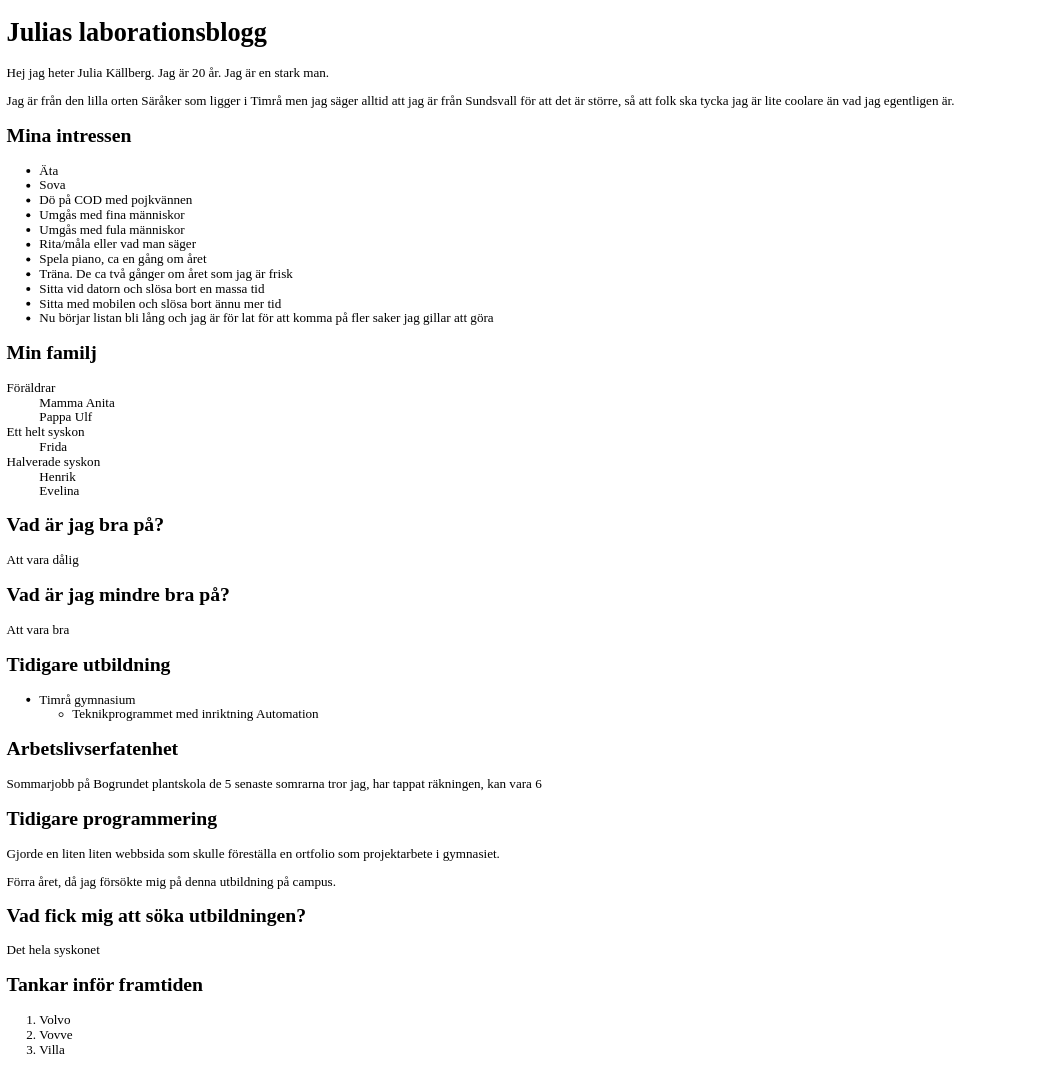
Repository: jk222rp/1ik415-laborationer-2014
Page: pages/presentation.html
The author's editor kept a record of every edit. The page is drawn from the files as they stood at one moment, then again after the next edit.
The browser window is 1280 px wide. The pictures show the whole page, at 82% of full size.

Above is the page before.

### pages/presentation.html
<!doctype html>
<html lang="sv">
    <head>
      <meta charset="utf-8" />
      <title>Om mig - Julias laborationsblogg</title>
    </head>

    <body>
    <h1>Julias laborationsblogg</h1>

<!--Start of presentation-->
      <p>Hej jag heter Julia Källberg. Jag är 20 år. Jag är en stark man.</p>
      <p>Jag är från den lilla orten Säråker som ligger i Timrå men jag säger alltid att jag är från Sundsvall för att det är större, så att folk ska tycka jag är lite coolare än vad jag egentligen är.</p>

    <h2>Mina intressen</h2>
    <ul>
      <li>Äta</li>
      <li>Sova</li>
      <li>Dö på COD med pojkvännen</li>
      <li>Umgås med fina människor</li>
      <li>Umgås med fula människor</li>
      <li>Rita/måla eller vad man säger</li>
      <li>Spela piano, ca en gång om året</li>
      <li>Träna. De ca två gånger om året som jag är frisk</li>
      <li>Sitta vid datorn och slösa bort en massa tid</li>
      <li>Sitta med mobilen och slösa bort ännu mer tid</li>
      <li>Nu börjar listan bli lång och jag är för lat för att komma på fler saker jag gillar att göra</li>
    </ul>

    <h2>Min familj</h2>
    <dl>
      <dt>Föräldrar</dt>
        <dd>Mamma Anita</dd>
        <dd>Pappa Ulf</dd>
      <dt>Ett helt syskon</dt>
        <dd>Frida</dd>
      <dt>Halverade syskon</dt>
        <dd>Henrik</dd>
        <dd>Evelina</dd>
    </dl>

    <h2>Vad är jag bra på?</h2>
      <p>Att vara dålig</p>

    <h2>Vad är jag mindre bra på?</h2>
      <p>Att vara bra</p>

    <h2>Tidigare utbildning</h2>
      <ul>
      <li>
      Timrå gymnasium
        <ul><li>Teknikprogrammet med inriktning Automation</li></ul>
      </li>
      </ul>

    <h2>Arbetslivserfatenhet</h2>
      <p>Sommarjobb på Bogrundet plantskola de 5 senaste somrarna tror jag, har tappat räkningen, kan vara 6</p>

    <h2>Tidigare programmering</h2>
      <p>Gjorde en liten liten webbsida som skulle föreställa en ortfolio som projektarbete i gymnasiet.</p>
      <p>Förra året, då jag försökte mig på denna utbildning på campus.</p>

    <h2>Vad fick mig att söka utbildningen?</h2>
      <p>Det hela syskonet</p>

    <h2>Tankar inför framtiden</h2>
      <ol>
        <li>Volvo</li>
        <li>Vovve</li>
        <li>Villa</li>
      </ol>
<!--End of presentation-->

    </body>

</html>

After the next edit:
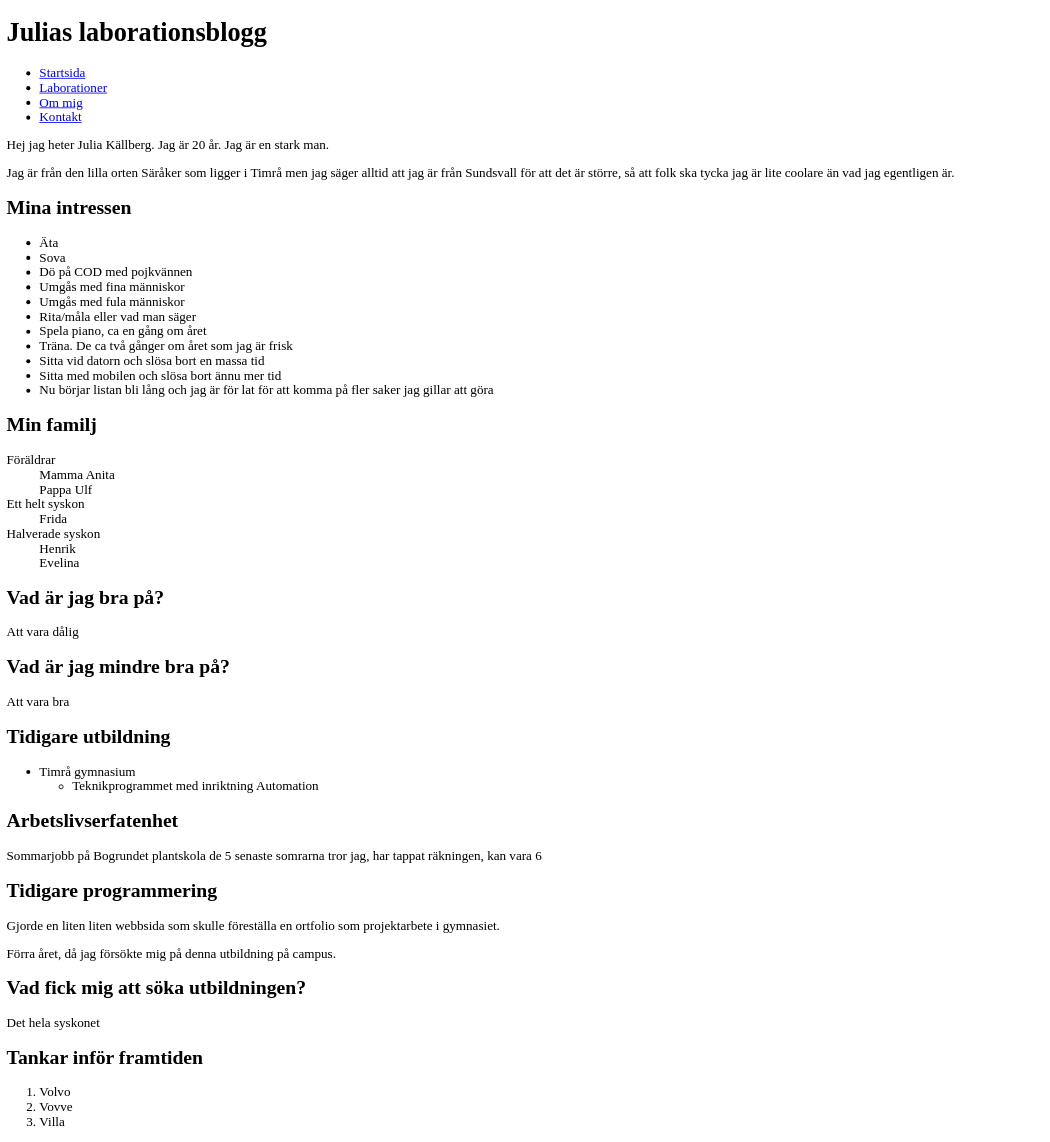
The edit:
--- a/pages/presentation.html
+++ b/pages/presentation.html
@@ -7,6 +7,14 @@
 
     <body>
     <h1>Julias laborationsblogg</h1>
+
+<!--Menu-->
+        <ul>
+            <li><a href="../index.html">Startsida</a></li>
+            <li><a href="laborationer.html">Laborationer</a></li>
+            <li><a href="presentation.html">Om mig</a></li>
+            <li><a href="kontakt.html">Kontakt</a></li>
+        </ul>
 
 <!--Start of presentation-->
       <p>Hej jag heter Julia Källberg. Jag är 20 år. Jag är en stark man.</p>
